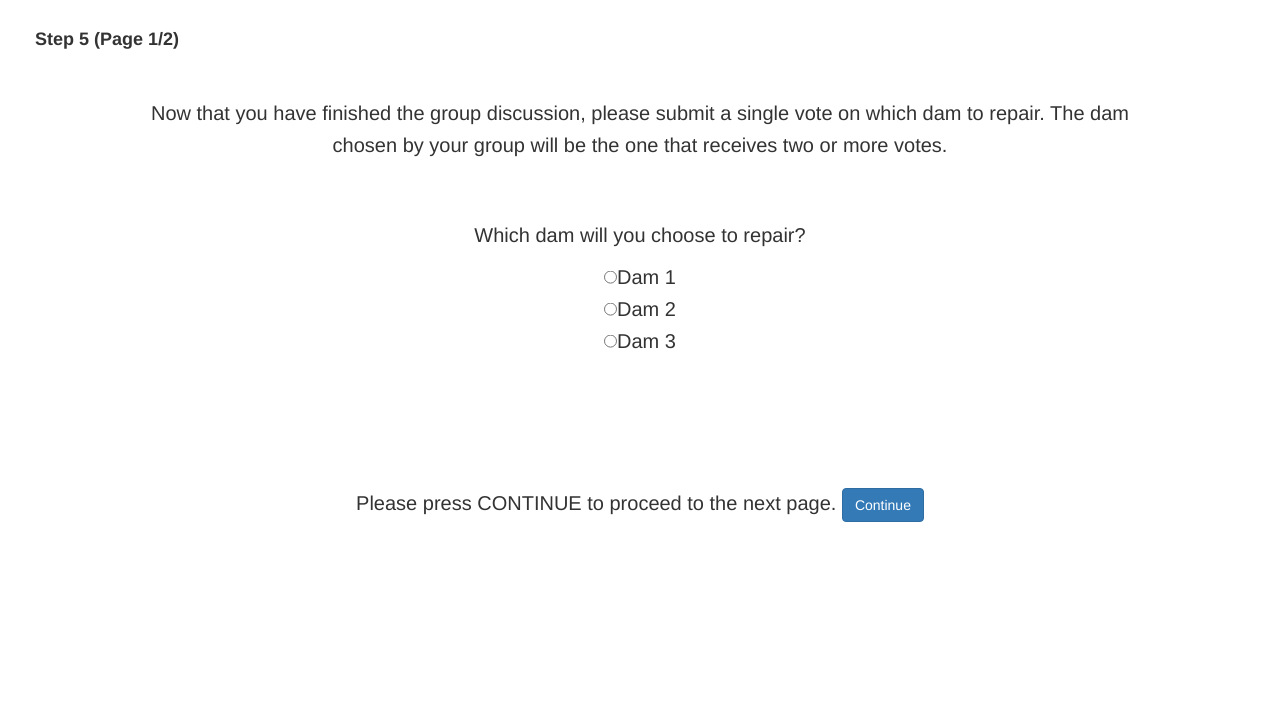
Repository: zmikaya/behavecon
Page: templates/group/Priming3Dams/Priming3Dams_p20.html
The author's editor kept a record of every edit. The page is drawn from the files as they stood at one moment, then again after the next edit.
The browser window is 1280 px wide. The pictures show the whole page.
The template is drawn by Django 2.2. The application's start-up code is not run. The template is opened directly, without the code that normally fills it, so the values that code supplies are empty.

Above is the page before.
Console error: TypeError: Cannot read properties of null (reading 'getAttribute')

After the next edit:
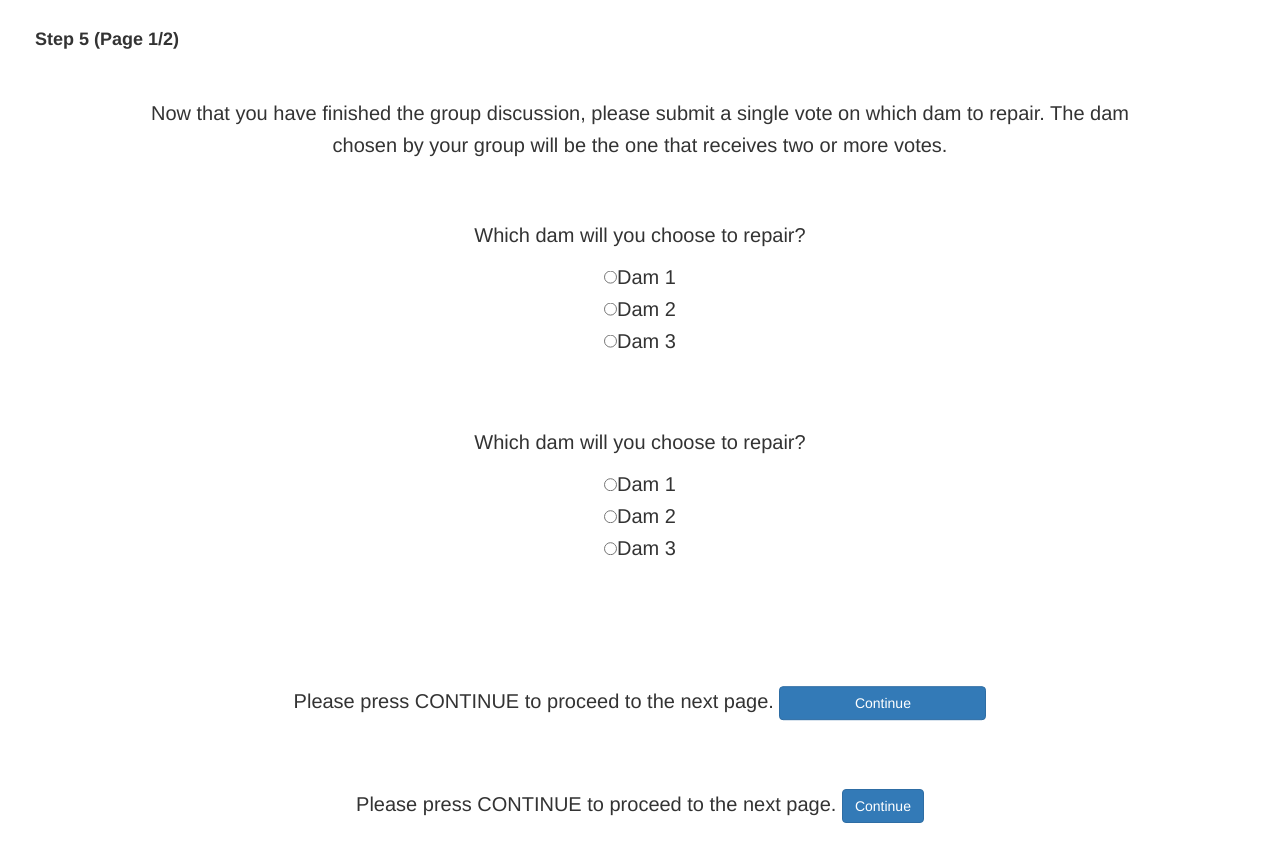
The edit:
--- a/templates/group/Priming3Dams/Priming3Dams_p20.html
+++ b/templates/group/Priming3Dams/Priming3Dams_p20.html
@@ -35,6 +35,16 @@
             <div class="row">
                 <div class="col-lg-12 center">
                     <div>
+                        <form class="table-3-center" action="/Category3Dams/p18" method="post">
+                            {% csrf_token %}
+                            <p>Which dam will you choose to repair?</p>
+                            <input type="radio" name="damChoice" value="Dam 1">Dam 1<br>
+                            <input type="radio" name="damChoice" value="Dam 2">Dam 2<br>
+                            <input type="radio" name="damChoice" value="Dam 3">Dam 3<br>
+                            <p class="inline continue">Please press CONTINUE to proceed to the next page.</p>
+                            <input id="continue" class="btn btn-primary next" data-toggle="modal" data-target="#myModal" value="Continue">
+                        </form>
+
                         <p class="inline continue">Please press CONTINUE to proceed to the next page.</p>
                         <!--<button type="button" class="btn btn-primary next" onclick="ajaxGetPage('p25')">Continue</button>-->
                         <a id="continue" class="btn btn-primary next"  data-toggle="modal" data-target="#myModal">Continue</a>
